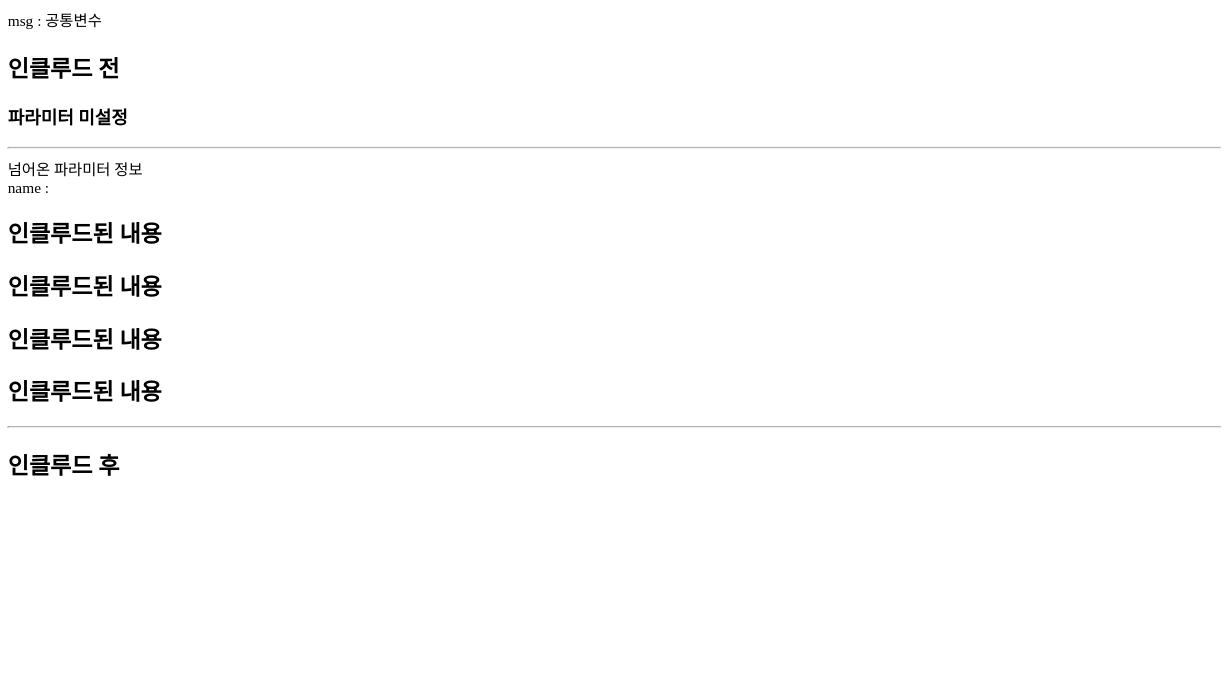
Repository: cdj6995/Web
Page: http://localhost/Lecture-Web/jsp/include/jstl/includeTest.jsp
An editor plug-in stored every save of this project. The page is shown before and after the next save, followed by the edit.
The browser window is 1280 px wide. The pictures show the whole page, at 96% of full size.
The page is served by Tomcat 9.

Above is the page before, as saved 2022-06-13 05:39:48.

After the next save:
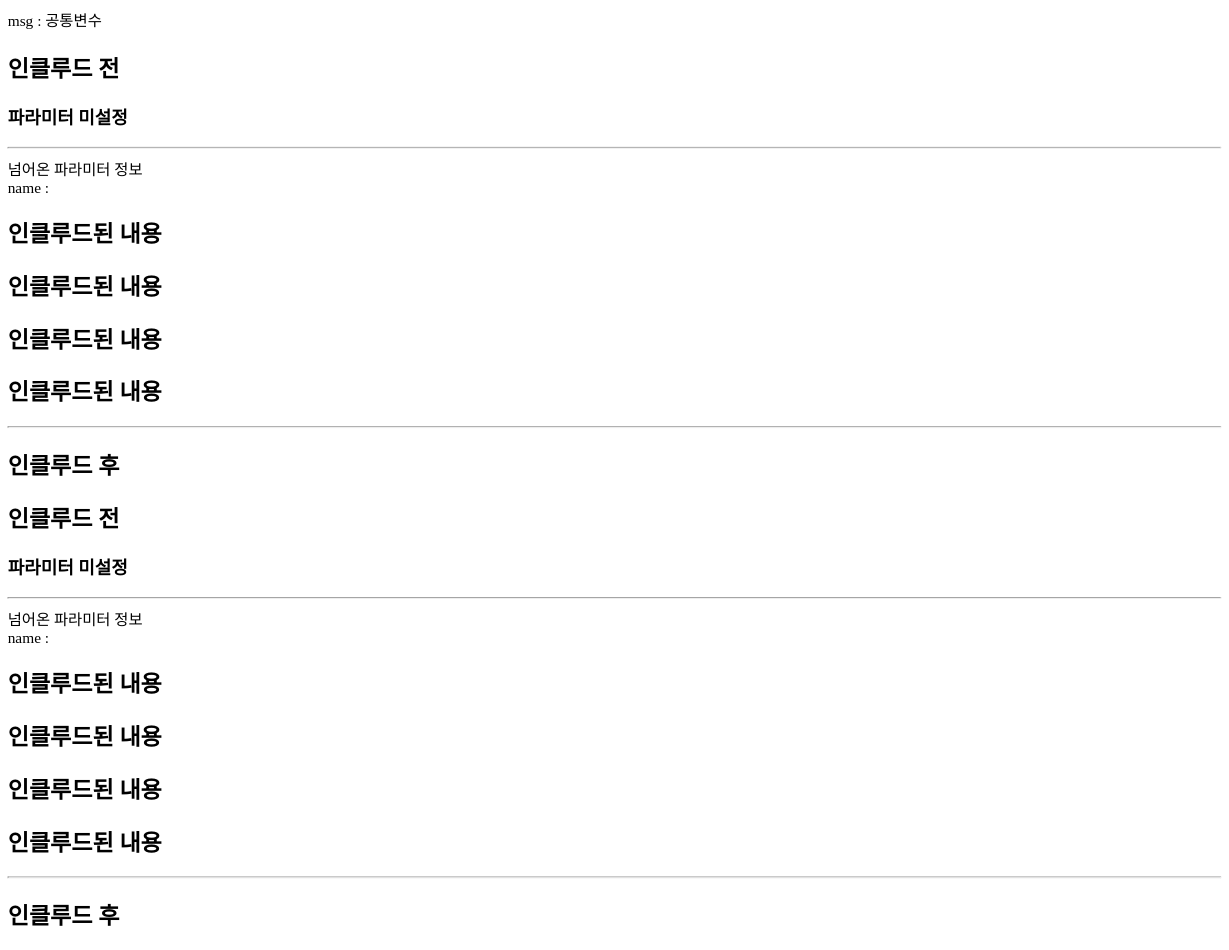
Saved 20 s later.
--- a/Lecture-Web/src/main/webapp/jsp/include/jstl/includeTest.jsp
+++ b/Lecture-Web/src/main/webapp/jsp/include/jstl/includeTest.jsp
@@ -13,5 +13,10 @@
 	<h3>파라미터 미설정</h3>
 	<jsp:include page="one.jsp"/>
 	<h2>인클루드 후</h2>
+	<h2>인클루드 전</h2>
+	<h3>파라미터 미설정</h3>
+	<jsp:include page="one.jsp"/>
+	<h2>인클루드 후</h2>
+
 </body>
 </html>
